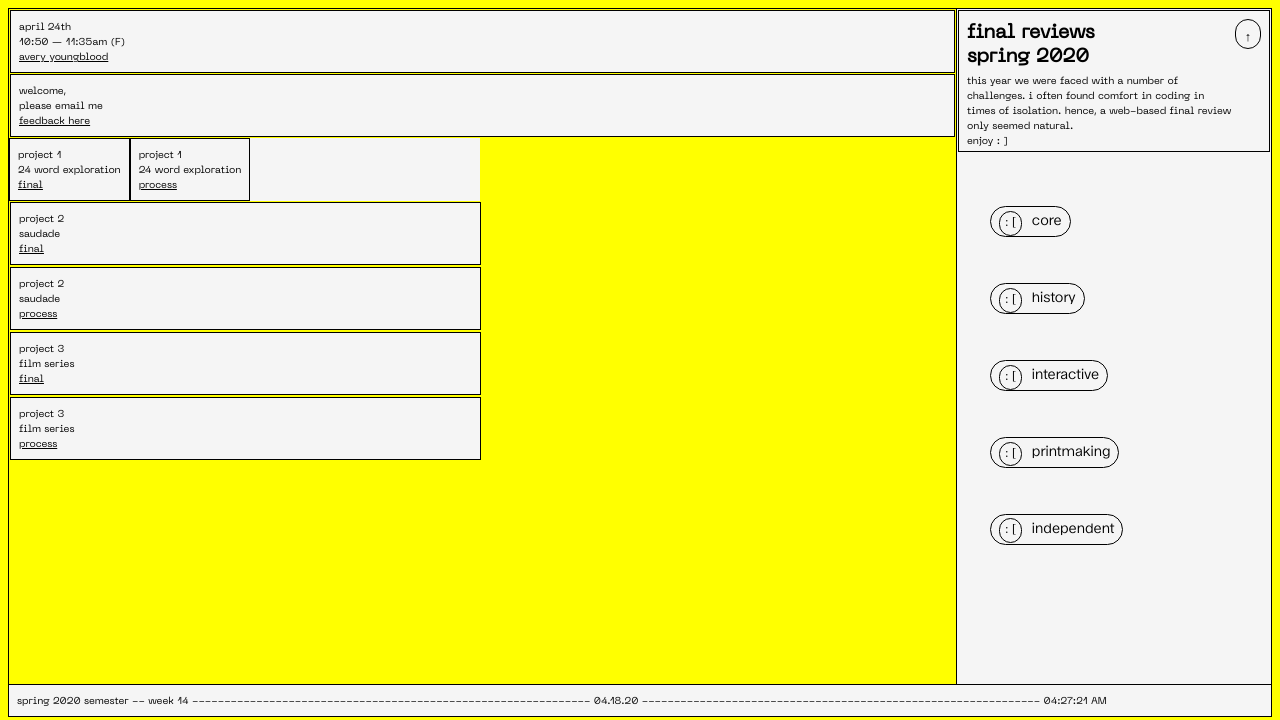
Repository: ayoungblood2/Spring-Semester-2020
Page: index v2/classes/core.html
The author's editor kept a copy of each file at every save. The page is drawn from the files as they stood at one save, then again after the next save.
The browser window is 1280 px wide. The pictures show the whole page.
Some web libraries are served in a nearby version.

Above is the page before, as saved 2020-04-18 15:34:31.

After the next save:
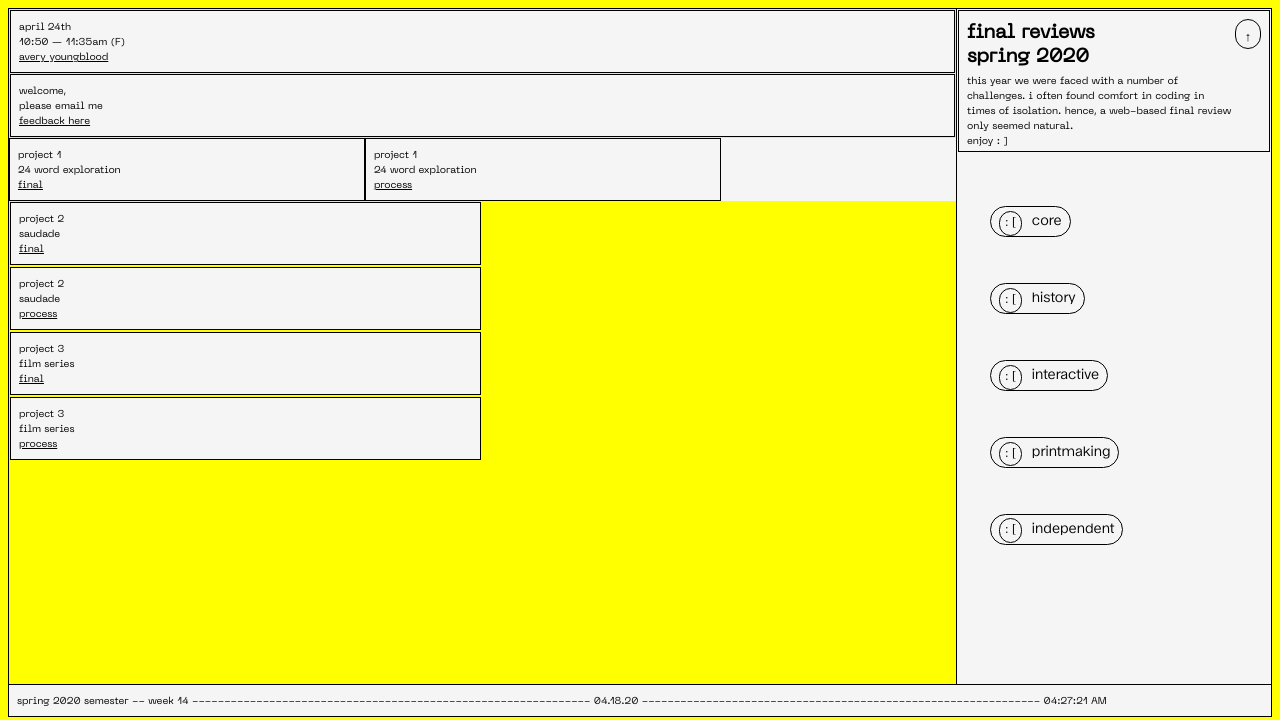
Saved 16 s later.
--- a/index v2/classes/core.html
+++ b/index v2/classes/core.html
@@ -47,7 +47,7 @@
         </header>
 
 
-        <header class="grid-container" style="display: inline-flex; width:49.75%;">
+        <header class="grid-container" >
             <section class="grid-item">
                 project 1
                 <br> 24 word exploration
